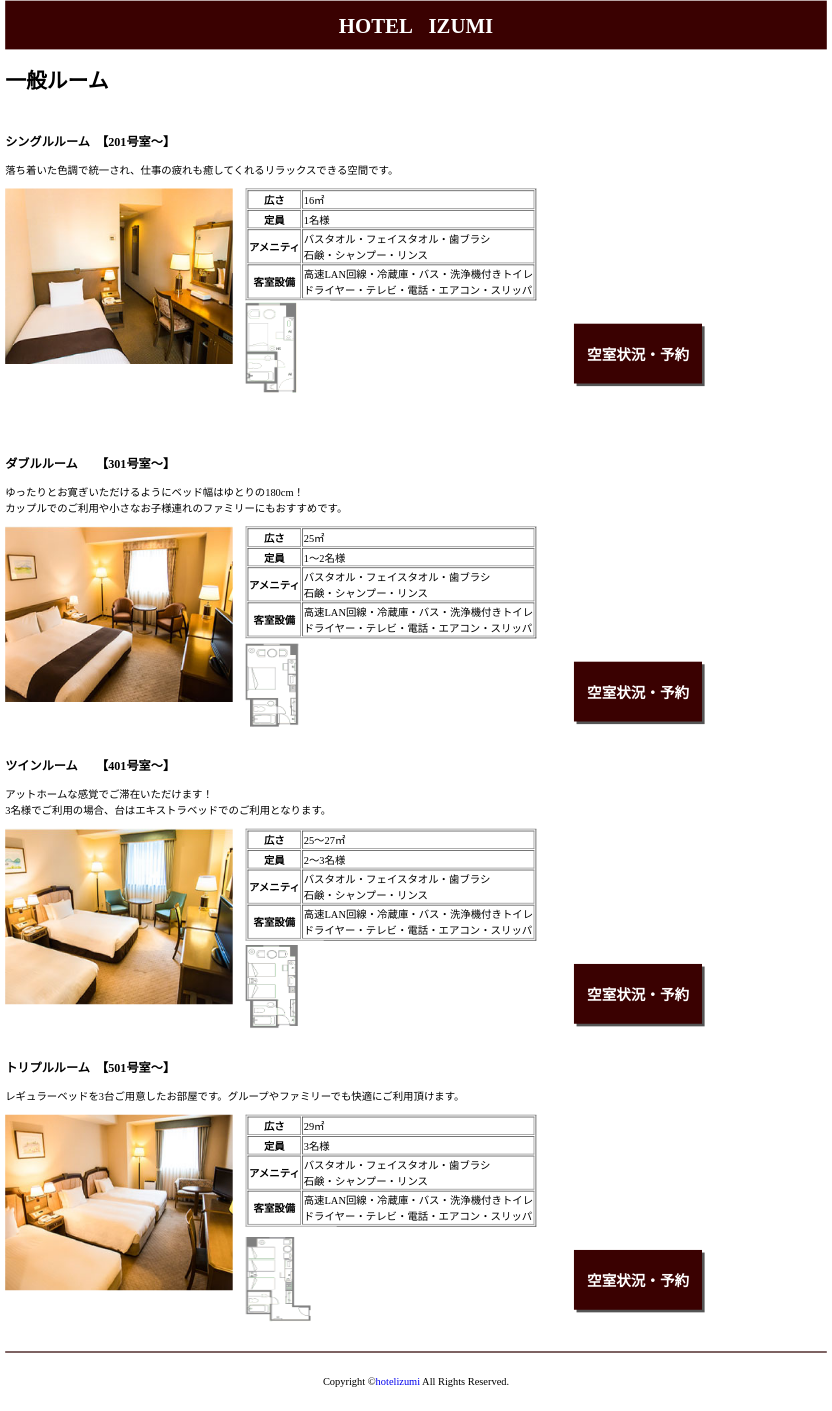
Repository: sep-dev/hotel_site
Page: http://localhost/HOTEL_IZUMI/general
The author's editor kept a copy of each file at every save. The page is drawn from the files as they stood at one save, then again after the next save.
The browser window is 1280 px wide. The pictures show the whole page, at 65% of full size.
The page is served by Tomcat 9. Other server files are loaded and not shown.

Above is the page before, as saved 2016-05-25 06:16:39.

### HOTEL_IZUMI/src/main/webapp/WEB-INF/views/general.jsp
<!DOCTYPE html>
<%@ page language="java" contentType="text/html; charset=UTF-8" pageEncoding="UTF-8"%>
<%@ taglib prefix="form" uri="http://www.springframework.org/tags/form" %>
<!--  http://www.aspen-hotel.co.jp/room/ を参考   -->
<html>
  <head>
    <meta http-equiv="Content-Type" content="text/html; charset=Shift_JIS">
    <title>客室のご案内</title>
    <style type="text/css">
      div.example img {
        margin: 0px 20px 0px 0px;
      }
      <%@include file="../css/style.css" %>
    </style>
  </head>
  <body>
   <form>
    <div id="header">
      <div id="header h1"><h1><a HREF="http://localhost:8080/Izumi/top" STYLE="text-decoration:none"><font color="#FFFFFF">HOTEL&nbsp;&nbsp;&nbsp;IZUMI</font></a></h1></div>
    </div>


      <h1>一般ルーム</h1><br>
      <h3>シングルルーム　【201号室～】</h3>
      落ち着いた色調で統一され、仕事の疲れも癒してくれるリラックスできる空間です。<br><br>
      <div class="example">
        <img src="./resources/picture/ph01.jpg" alt="サンプル図" width="350" height="270"  align="left" >
      </div>
      <table border="1" >
        <tr>
          <th>広さ</th>
          <td>16㎡</td>
        </tr>
        <tr>
          <th>定員</th>
          <td>1名様</td>
        </tr>
        <tr>
          <th rowspan="2">アメニティ</th>
          <td rowspan="2">バスタオル・フェイスタオル・歯ブラシ<br>石鹸・シャンプー・リンス</td>
        </tr>
        <tr>
        </tr>
        <tr>
          <th rowspan="2">客室設備</th>
          <td rowspan="2">高速LAN回線・冷蔵庫・バス・洗浄機付きトイレ<br>ドライヤー・テレビ・電話・エアコン・スリッパ</td>
        </tr>
        <tr>
        </tr>
      </table>

      <img src="./resources/picture/ph01_shw1.png" alt="間取り図" width="130" height="146" align="left" ><br><br>

      <button class="button2" type="submit" style="position: absolute; right: 200px;">空室状況・予約</button>
      <br clear="all">
      <br><br><br><br>

      <h3>ダブルルーム　　【301号室～】</h3>
      ゆったりとお寛ぎいただけるようにベッド幅はゆとりの180cm！<br>カップルでのご利用や小さなお子様連れのファミリーにもおすすめです。<br><br>
      <div class="example">
        <img src="./resources/picture/ph04.jpg" alt="サンプル図" width="350" height="270"  align="left" >
      </div>
      <table border="1" >
        <tr>
          <th>広さ</th>
          <td>25㎡</td>
        </tr>
        <tr>
          <th>定員</th>
          <td>1～2名様</td>
        </tr>
        <tr>
          <th rowspan="2">アメニティ</th>
          <td rowspan="2">バスタオル・フェイスタオル・歯ブラシ<br>石鹸・シャンプー・リンス</td>
        </tr>
        <tr>
        </tr>
        <tr>
          <th rowspan="2">客室設備</th>
          <td rowspan="2">高速LAN回線・冷蔵庫・バス・洗浄機付きトイレ<br>ドライヤー・テレビ・電話・エアコン・スリッパ</td>
        </tr>
         <tr>
         </tr>
       </table>

       <img src="./resources/picture/ph04_shw1.png" alt="間取り図" width="130" height="146" align="left" ><br><br>

       <button class="button2" type="submit" style="position: absolute; right: 200px;">空室状況・予約</button><br><br><br><br><br><br><br>

       <h3>ツインルーム　　【401号室～】</h3>
       アットホームな感覚でご滞在いただけます！<br>3名様でご利用の場合、台はエキストラベッドでのご利用となります。<br><br>

       <div class="example">
         <img src="./resources/picture/ph06.jpg" alt="サンプル図" width="350" height="270"  align="left" >
       </div>
       <table border="1" >
         <tr>
           <th>広さ</th>
           <td>25～27㎡</td>
         </tr>
         <tr>
           <th>定員</th>
           <td>2～3名様</td>
         </tr>
         <tr>
            <th rowspan="2">アメニティ</th>
            <td rowspan="2">バスタオル・フェイスタオル・歯ブラシ<br>石鹸・シャンプー・リンス</td>
          </tr>
          <tr>
          </tr>
          <tr>
            <th rowspan="2">客室設備</th>
            <td rowspan="2">高速LAN回線・冷蔵庫・バス・洗浄機付きトイレ<br>ドライヤー・テレビ・電話・エアコン・スリッパ</td>
           </tr>
           <tr>
         </tr>
       </table>

        <img src="./resources/picture/ph06_shw1.png" alt="間取り図" width="120" height="146" align="left" >
        <br><br>

        <button class="button2" type="submit" style="position: absolute; right: 200px;">空室状況・予約</button><br><br><br><br><br><br><br>

        <h3>トリプルルーム　【501号室～】</h3>
        レギュラーベッドを3台ご用意したお部屋です。グループやファミリーでも快適にご利用頂けます。<br><br>
        <div class="example">
          <img src="./resources/picture/ph07.jpg" alt="サンプル図" width="350" height="270"  align="left" >
        </div>
        <table border="1" >
          <tr>
            <th>広さ</th>
            <td>29㎡</td>
          </tr>
          <tr>
            <th>定員</th>
            <td>3名様</td>
          </tr>
          <tr>
            <th rowspan="2">アメニティ</th>
            <td rowspan="2">バスタオル・フェイスタオル・歯ブラシ<br>石鹸・シャンプー・リンス</td>
          </tr>
          <tr>
          </tr>
          <tr>
            <th rowspan="2">客室設備</th>
            <td rowspan="2">高速LAN回線・冷蔵庫・バス・洗浄機付きトイレ<br>ドライヤー・テレビ・電話・エアコン・スリッパ</td>
          </tr>
          <tr>
          </tr>
        </table>

        <img src="./resources/picture/ph07_shw1.png" alt="間取り図" width="140" height="146" align="left" ><br><br>

        <button class="button2" type="submit" style="position: absolute; right: 200px;">空室状況・予約</button><br><br><br><br><br><br><br>


        <div id="footer">
          <p id="copyright">Copyright &copy;<a href="http://hotelizumi.com">hotelizumi</a> All Rights Reserved.</p>
        </div>
    </form>
  </body>
</html>

### HOTEL_IZUMI/src/main/webapp/WEB-INF/views/common/header.jsp
<%@ taglib uri="http://java.sun.com/jsp/jstl/core" prefix="c" %>
<%@ taglib prefix="form" uri="http://www.springframework.org/tags/form"%>
<%@page language="java" contentType="text/html; charset=UTF-8" pageEncoding="UTF-8"%>
<%@ page contentType="text/html; charset=UTF-8"%>

### HOTEL_IZUMI/src/main/webapp/WEB-INF/css/style.css
html{
    margin: 0;
    margin-top:-20px;
    padding: 0;
    width:100%;
    height:100%;
}
.top{
	display:block;
	margin-left:auto;
	margin-right:auto;
}

#contents {
    top : 0px;
    padding : 10px;
    margin : 10px;
    text-align : center;
}

#contents img{
    padding-bottom:10px;
}

#contents button {
    font-size: 1.4em;
    font-weight: bold;
    padding: 10px 30px;
    background-color: #200;
    color: #ffffff;
    border-style: none;
}

#table{
    border:0;
    background-color:#CCCCCC;
    font-size:24px;
    color:#666666;
    width:200px;
}

#table3{
    border:0;
    background-color:#CCCCCC;
    font-size:24px;
    color:#666666;
    width:200px;
}

/*--------calender----------*/
#Sunday{
    text-align:center;
    width:200;
    height:40;
    background-color:#C7D8ED;
    color:#FF3300;
    padding:15px;
}
#MonFri{
    text-align:center;
    width:200;
    background-color:#C7D8ED;
    color:#666666;
    padding:15px;
}
#Saturday{
    text-align:center;
    width:200;
    background-color:#C7D8ED;
    color:#666666;
    padding:15px;
}
#Saturday2{
    text-align:center;
    width:200;
    background-color:#A6C0E1;
    color:#666666;
}
#Sunday2{
    text-align:center;
    height:40;
    background-color:#FFCC99;
    color:#666666;
}
#Weekday{
    text-align:center;
    background-color:#FFFFFF;
    color:#666666;
    width:200;
}
#publicholiday{
    text-align:center;
    background-color:#FF3300;
    color:#FFFFFF;
}
#table2 tr td{
    border:0;
    font-size:24px;
    color:#666666;
    width:400px;
}
#float{
    float:left;
}
/* --------------------------------------*/

#header {
    top: 0px;
    left: 0px;
    height: 75px;
    margin-right: auto;
    margin-left: auto;
    text-align : center;
    background-color : #3A0101;

}
#header h1{
    padding-top: 20px;
    font-family: 'Times New Roman', Times, serif;
 	color:#ffffff;
}


#top{
    font-size: 200%;
}

#oneset{
	padding-top: 10px;
	padding-bottom: 10px;

	border-width: thick;
	border-color: #999AAA;
	border-style: ridge;
}
#name
{
    text-align: center;
	font-size: 150%;
    font-family: 'Segoe UI', Tahoma, Geneva, Verdana, sans-serif;
    font-weight: bold;
    background-color: #999AAA;
    font-family: 'Times New Roman', Times, serif;

}
#message{
	color: #000000;
    padding-left: 300px;
	font-size: 150%;

	text-align: left; margin-left: 100px; margin-right: 0px; width: 1000px;
}


/*---------入力フォーム----------*/

#reservation{

    padding-top: 20px;
    margin-bottom:50px;
    font-family: 'Times New Roman', Times, serif;
 	color:#000000;
}

#form{
    margin-top:30px

}


button.button2 {
    float:right;
    font-size: 1.4em;
    font-weight: bold;
    padding: 30px 20px;
    background-color: #3A0101;
    color: #ffffff;
    border-style: none;
    font-family: 'Times New Roman', Times, serif;
    box-shadow:4px 4px #555;
}

/*
footer ------------------------------------------------------*/

#footer {
    margin-top:30px;
    border-top:2px solid #3A1010;
    padding-top:20px;
    padding-bottom:20px;
}

#footer p{
    text-align:center;
}
#footer p a{
    text-decoration: none;
}
#footborder hr{
    border-color:#3A1010;
    border-width:1px;
}

After the next save:
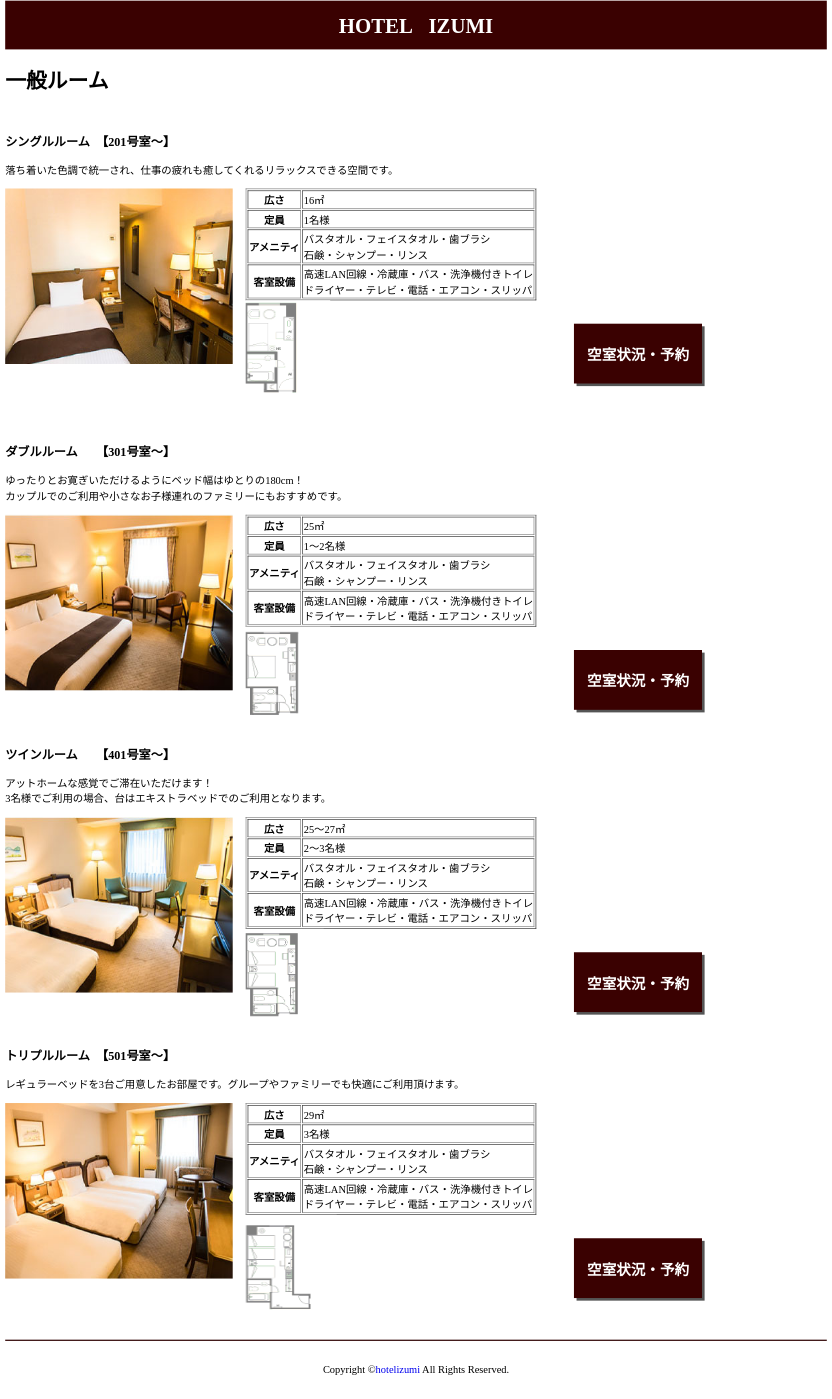
Saved 10 s later.
--- a/HOTEL_IZUMI/src/main/webapp/WEB-INF/views/general.jsp
+++ b/HOTEL_IZUMI/src/main/webapp/WEB-INF/views/general.jsp
@@ -53,7 +53,7 @@
 
       <button class="button2" type="submit" style="position: absolute; right: 200px;">空室状況・予約</button>
       <br clear="all">
-      <br><br><br><br>
+      <br><br><br>
 
       <h3>ダブルルーム　　【301号室～】</h3>
       ゆったりとお寛ぎいただけるようにベッド幅はゆとりの180cm！<br>カップルでのご利用や小さなお子様連れのファミリーにもおすすめです。<br><br>
